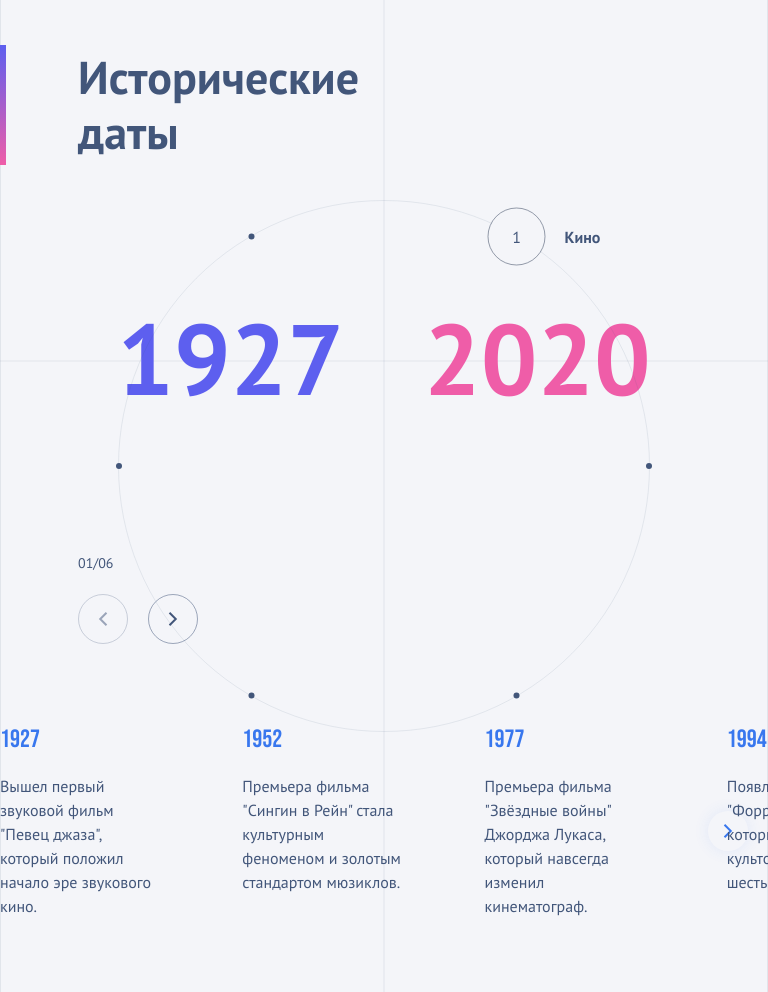
Repository: LenarTulupov/only
Page: /
An editor plug-in stored every save of this project. The page is shown before and after a run of saves, followed by the edit.
The browser window is 768 px wide. The pictures show the whole page.
The project was rebuilt for these pictures with package versions that can differ from the ones it lists, and the page was loaded fresh each time.

Above is the page before, as saved 2024-12-18 15:29:20.

### public/index.html
<!DOCTYPE html>
<html lang="en">
  <head>
    <meta charset="utf-8" />
    <link rel="icon" href="%PUBLIC_URL%/favicon.ico" />
    <meta name="viewport" content="width=device-width, initial-scale=1" />
    <meta name="theme-color" content="#000000" />
    <meta
      name="description"
      content="Web site created using create-react-app"
    />
    <link rel="apple-touch-icon" href="%PUBLIC_URL%/logo192.png" />
    <link rel="manifest" href="%PUBLIC_URL%/manifest.json" />
    <title>Only Test</title>
  </head>
  <body>
    <noscript>You need to enable JavaScript to run this app.</noscript>
    <div id="root"></div>
  </body>
</html>

### src/index.tsx
import React from 'react';
import ReactDOM from 'react-dom/client';
import Router from './router/router';
import './globals.scss'

const root = ReactDOM.createRoot(
  document.getElementById('root') as HTMLElement
);
root.render(
  <React.StrictMode>
    <Router />
  </React.StrictMode>
);

### src/router/router.tsx
import { BrowserRouter, Route, Routes } from "react-router-dom";
import HomePage from "../pages/home/page";
import PagesLayout from "../layouts/pages-layout";

export default function Router() {
  return (
    <BrowserRouter>
      <Routes>
        <Route element={<PagesLayout />}>
          <Route path="/" element={<HomePage />} />
        </Route>
      </Routes>
    </BrowserRouter>
  )
};

### src/globals.scss
@import url('https://fonts.googleapis.com/css2?family=Bebas+Neue&family=PT+Sans:wght@400;700&display=swap');

:root {
  --background-color: #F4F5F9;
  --main-color: #42567a;
  --main-color-rgba: rgba(66, 86, 122, 0.5);
  --accent-color: #5D5FEF;
  --light-accent-color: #3877EE;
  --accent-second: #EF5DA8;
  --font-main: "PT Sans", serif;
  --font-second: "Bebas Neue", serif;
  --line-height: 150%;
  --font-size-main: 56px;
  --font-size-small: 14px;
  --font-size-big: 200px;
}
body {
  margin: 0;
  padding: 0;
  background-color: var(--background-color);
  color: var(--black-color);
  font-family: var(--font-main);
  line-height: var(--line-height);
}
ul {
  padding: 0;
  margin: 0;
}

li {
  list-style-type: none;
}

a {
  color: var(--black-color);
  text-decoration: none;
}

h1 {
  margin: 0;
}

### src/pages/home/page.tsx
import Container from "../../components/ui/container/container";
import Divider from "../../components/ui/divider/divider";
import HistorySection from "./history/history";
import styles from './page.module.scss';

export default function HomePage() {
  return (
    <div className={styles['home-page']}>
      <Container>
        <div className={styles['home-page__wrapper']}>
          <Divider
            position="vertical"
            className={styles.divider_vertical}
          />
          <HistorySection />
        </div>
      </Container>
    </div>
  )
};

### src/layouts/pages-layout.tsx
import { Outlet } from 'react-router-dom';
import styles from './pages-layout.module.scss';

export default function PagesLayout() {
  return (
    <div className={styles['pages-layout']}>
      <Outlet />
    </div>
  )
};

### src/components/ui/container/container.tsx
import { ReactNode } from "react"
import styles from './container.module.scss';

interface IContainer {
  children: ReactNode;
}

export default function Container({ children }: IContainer) {
  return (
    <div className={styles.container}>
      {children}
    </div>
  )
};

### src/components/ui/divider/divider.tsx
import styles from './divider.module.scss';

interface IDivider {
  position?: 'horizontal' | 'vertical';
  className?: string;
}

export default function Divider({
  position = 'horizontal', className }: IDivider) {
  return <div className={`
    ${styles.divider}
    ${styles[`divider_${position}`]}
    ${className || ''}
  `}/>
};

### src/pages/home/history/history.tsx
import { useState } from 'react';
import Divider from '../../../components/ui/divider/divider';
import Title from '../../../components/ui/title/title';
import Circle from './circle/circle';
import Dates from './dates/dates';
import HistorySlider from './history-slider/history-slider';
import styles from './history.module.scss';
import StepNavigation from './step-navigation/step-navigation';
import { circleItems } from '../../../constants/circle-items';

export default function HistorySection() {
  const [activeButton, setActiveButton] = useState<number>(1);
  const activeCategory = circleItems.find((item) => item.id === activeButton);
  const firstDate = activeCategory?.events[0]?.year;
  const lastDate = activeCategory?.events.at(-1)?.year;

  return (
    <section className={styles.history}>
      <div className={styles.history__content}>
        <div className={styles['history__content-col-1']}>
          <Title className={styles.history__title} showBefore>
            Исторические даты
          </Title>
            <Circle
              className={styles.circle}
              activeButton={activeButton}
              setActiveButton={setActiveButton}
            />
        </div>
        <StepNavigation
          className={styles['step-navigation']}
          activeButton={activeButton}
          setActiveButton={setActiveButton}
        />
        <Divider
          position="horizontal"
          className={styles.divider_horizontal}
        />
        <Dates
          className={styles.dates}
          firstDate={firstDate}
          lastDate={lastDate}
        />
      </div>
      <HistorySlider
        activeCategory={activeCategory}
        className={styles['history-slider']}
      />
    </section>
  )
};

### src/pages/home/page.module.scss
.home-page {
  &__wrapper {
    position: relative;
    min-height: 100vh;
    .divider_vertical {
      position: absolute;
      top: 0;
      left: 50%;
      transform: translateX(-50%);
      z-index: -10;
    }
  }

  /* Линия слева */
  &__wrapper::before {
    content: "";
    position: absolute;
    top: 0;
    bottom: 0;
    left: 0;
    width: 1px;
    background-color: var(--main-color);
    opacity: 0.1;
  }

  /* Линия справа */
  &__wrapper::after {
    content: "";
    position: absolute;
    top: 0;
    bottom: 0;
    right: 0;
    width: 1px;
    background-color: var(--main-color);
    opacity: 0.1;
  }
  /* Линий по центру горизонтальная */

  /* Линий по центру вертикальная */
}

### src/components/ui/container/container.module.scss
.container {
  max-width: 1440px;
  margin: 0 auto;
}

### src/components/ui/divider/divider.module.scss
.divider {
  background-color: var(--main-color);
  opacity: 0.1;
  &_horizontal {
    width: 100%;
    height: 1px;
  }
  &_vertical {
    width: 1px;
    height: 100%;
  }
}

### src/components/ui/title/title.tsx
import { ReactNode } from 'react';
import styles from './title.module.scss';

interface ITitle {
  children: ReactNode;
  className?: string;
  color?: 'main' | 'blue' | 'light-blue' | 'pink';
  size?: 'main' | 'small'| 'big';
  showBefore?: boolean;
}

export default function Title({
  children,
  className,
  color = 'main',
  size = 'main',
  showBefore = false }: ITitle) {
  return (
    <h1
      className={`
        ${styles.title}
        ${className || ''}
        ${styles[`title__color-${color}`]}
        ${styles[`title__size-${size}`]}
        ${showBefore ? styles['title_before'] : ''}
      `}>
      {children}
    </h1>
  )
};

### src/pages/home/history/circle/circle.tsx
import { useEffect, useRef, Dispatch, SetStateAction } from 'react';
import { gsap } from 'gsap';
import { circleItems } from '../../../../constants/circle-items';
import styles from './circle.module.scss';
import Dates from '../dates/dates';

interface ICircle {
  className?: string;
  activeButton: number;
  setActiveButton: Dispatch<SetStateAction<number>>;
}

export default function Circle({
  className,
  activeButton,
  setActiveButton }: ICircle) {
  const circleRef = useRef<HTMLDivElement>(null);
  const buttonsRef = useRef<HTMLDivElement[]>([]);

  const handleActiveButton = (btnId: number) => {
    setActiveButton(btnId);
  };

  useEffect(() => {
    const rotationAngle = (1 - activeButton) * 60;
    gsap.to(circleRef.current, {
      rotate: rotationAngle,
      duration: 0.5,
      ease: 'power2.out',
    });

    buttonsRef.current.forEach((btn) => {
      let buttonRotation = 0;

      switch (activeButton) {
        case 2:
          buttonRotation = 60;
          break;
        case 3:
          buttonRotation = 120;
          break;
        case 4:
          buttonRotation = 180;
          break;
        case 5:
          buttonRotation = 240;
          break;
        case 6:
          buttonRotation = 300;
          break;
        default:
          buttonRotation = 0;
          break;
      }

      gsap.to(btn, {
        rotate: buttonRotation,
        duration: 0.5,
        ease: 'power2.out',
      });
    });
  }, [activeButton]);

  return (
    <div ref={circleRef} className={`${styles.circle} ${className || ''}`}>
      {circleItems.map((item, index) => {
        const btnId = index + 1;
        return (
          <div
            key={btnId}
            ref={(el) => (buttonsRef.current[index] = el!)}
            className={`
                ${styles[`circle__btn-${btnId}`]}
                ${styles.circle__btn}
                ${activeButton === btnId ? styles.active : ''}
              `}
            onClick={() => handleActiveButton(btnId)}
          >
            {btnId}
            <span
              className={`
                  ${styles['sub-title']}
                  ${activeButton === btnId ? styles.active : ''}
                `}
            >
              {item.category}
            </span>
          </div>
        );
      })}
    </div>
  );
}

### src/pages/home/history/dates/dates.tsx
import { useEffect, useState } from 'react';
import Title from '../../../../components/ui/title/title';
import styles from './dates.module.scss';

interface IDates {
  className?: string;
  firstDate: string;
  lastDate: string;
}

export default function Dates({ className, firstDate, lastDate }: IDates) {
  const [currentFirstDate, setCurrentFirstDate] = useState(Number(firstDate));
  const [currentLastDate, setCurrentLastDate] = useState(Number(lastDate));

  useEffect(() => {
    const animateNumber = (
      from: number,
      to: number,
      setNumber: React.Dispatch<React.SetStateAction<number>>
    ) => {
      const stepTime = 20;
      const steps = 50;
      const delta = (to - from) / steps;

      let currentStep = 0;
      const interval = setInterval(() => {
        currentStep += 1;
        const nextValue = from + delta * currentStep;
        setNumber(Math.round(nextValue));

        if (currentStep >= steps) {
          clearInterval(interval);
          setNumber(to);
        }
      }, stepTime);
    };

    animateNumber(Number(currentFirstDate), Number(firstDate), setCurrentFirstDate);
    animateNumber(Number(currentLastDate), Number(lastDate), setCurrentLastDate);
  }, [firstDate, lastDate]);
  return (
    <div className={`${styles.dates} ${className || ''}`}>
      <Title className={className} color='blue' size='big'>{currentFirstDate}</Title>
      <Title className={className} color='pink' size='big'>{currentLastDate}</Title>
    </div>
  )
};

### src/pages/home/history/history-slider/history-slider.tsx
import { useEffect, useRef, useState } from "react";
import { Swiper, SwiperClass, SwiperSlide } from "swiper/react";
import { Navigation } from "swiper/modules";
import "swiper/css";
import "swiper/css/navigation";
import SliderContent from "./slider-content/slider-content";
import { IHistorySlider } from "../../../../types/history-slider.interface";
import ContentContainer from "../../../../components/ui/content-container/content-container";
import ArrowButton from "../../../../components/ui/arrow-button/arrow-button";
import styles from "./history-slider.module.scss";

export default function HistorySlider({ className, activeCategory }: IHistorySlider) {
  const [prevCategory, setPrevCategory] = useState(activeCategory);
  const [isBeginning, setIsBeginning] = useState(true);
  const [isEnd, setIsEnd] = useState(false);
  const containerRef = useRef<HTMLDivElement | null>(null);
  const prevRef = useRef<HTMLDivElement | null>(null);
  const nextRef = useRef<HTMLDivElement | null>(null);
  const swiperRef = useRef<SwiperClass | null>(null);

  useEffect(() => {
    if (prevCategory?.id !== activeCategory?.id) {
      if (containerRef.current) {
        containerRef.current.classList.add(styles["fade-out"]);

        setTimeout(() => {
          if (containerRef.current) {
            containerRef.current.classList.remove(styles["fade-out"]);
            setPrevCategory(activeCategory);
            containerRef.current.classList.add(styles["fade-in"]);

            setTimeout(() => {
              if (containerRef.current) {
                containerRef.current.classList.remove(styles["fade-in"]);
              }
            }, 500);
          }
        }, 500);
      }
    }
  }, [activeCategory, prevCategory]);

  useEffect(() => {
    if (swiperRef.current) {
      const { navigation } = swiperRef.current.params;

      if (navigation && typeof navigation !== 'boolean') {
        navigation.prevEl = prevRef.current;
        navigation.nextEl = nextRef.current;

        swiperRef.current.navigation.destroy();
        swiperRef.current.navigation.init();
        swiperRef.current.navigation.update();
      }

      setIsBeginning(swiperRef.current.isBeginning);
      setIsEnd(swiperRef.current.isEnd);

      swiperRef.current.on("slideChange", () => {
        setIsBeginning(swiperRef.current.isBeginning);
        setIsEnd(swiperRef.current.isEnd);
      });

      return () => {
        swiperRef.current?.off("slideChange");
      };
    }
  }, [activeCategory]);

  useEffect(() => {
    if (swiperRef.current) {
      swiperRef.current.slideTo(0, 0);
    }
  }, [activeCategory]);

  return (
    <div
      ref={containerRef}
      className={`${className || ""} ${styles["history-slider"]}`}
    >
      <ContentContainer>
        <Swiper
          spaceBetween={80}
          slidesPerView={3.5}
          modules={[Navigation]}
          onSwiper={(swiper) => {
            swiperRef.current = swiper;
          }}
        >
          {activeCategory?.events.map((event) => (
            <SwiperSlide key={event.id}>
              <SliderContent year={event.year} text={event.title} />
            </SwiperSlide>
          ))}
        </Swiper>

        {!isBeginning && (
          <div ref={prevRef} className={styles.prev}>
            <ArrowButton
              onClick={() => swiperRef.current?.slidePrev()}
              slider
              disabled={isBeginning}
            />
          </div>
        )}
        {!isEnd && (
          <div ref={nextRef} className={styles.next}>
            <ArrowButton
              rotation="right"
              onClick={() => swiperRef.current?.slideNext()}
              slider
              disabled={isEnd}
            />
          </div>
        )}
      </ContentContainer>
    </div>
  );
}

### src/pages/home/history/history.module.scss
.history {
  padding: 50px 0;
  &__title {
    line-height: 1.2;
    width: 353px;
    padding-left: 78px;
    height: fit-content;
  }
  &__content {
    position: relative;
    width: 100%;

    display: flex;
    flex-direction: column;
    height: 615px;
    &-col-1 {
      display: grid;
      grid-template-columns: auto 1fr auto;
    }
  }
}
.circle {
  position: absolute;
  top: 0;
  left: 50%;
  transform: translate(-50%);
  margin-top: 45px;
}
.divider_horizontal {
  position: absolute;
  top: calc(50% + 3px);
  left: 0;
  transform: translateY(-50%);
  z-index: -10;
}
.step-navigation {
  margin-top: 393px;
  padding-left: 78px;
}
@media(max-width: 1200px) {
  .circle {
    margin-top: 100px;
  }
  .dates {
    font-size: 150px;
  }
}
@media(max-width: 900px) {
  .circle {
    margin-top: 150px;
  }
  .dates {
    font-size: 100px;
  }
}
@media(max-width: 768px) {
  .history__title {
    font-size: 46px;
  }
}

### src/pages/home/history/step-navigation/step-navigation.tsx
import { Dispatch, SetStateAction } from "react";
import NavigationButtons from "./navigation-buttons/navigation-buttons";
import SliderStep from "./slider-step/slider-step";
import styles from './step-navigation.module.scss';

interface IStepNavigation {
  className?: string;
  activeButton: number;
  setActiveButton: Dispatch<SetStateAction<number>>;
}

export default function StepNavigation({
  className,
  activeButton,
  setActiveButton }: IStepNavigation) {

    const handleNext = () => {
      setActiveButton((p) => (p < 6 ? p + 1 : 1));
    };

    const handlePrev = () => {
      setActiveButton((p) => (p > 1 ? p - 1 : 6));
    };

    return (
      <div className={`${styles['step-navigation']} ${className || ''}`}>
        <SliderStep activeButton={activeButton} />
        <NavigationButtons
          handleNext={handleNext}
          handlePrev={handlePrev}
          isBeginning={activeButton === 1}
          isEnd={activeButton === 6}
        />
      </div>
    );
};

### src/components/ui/title/title.module.scss
.title {
  line-height: 150%;
  position: relative;
  &::before {
    content: "";
    position: absolute;
    top: 50%;
    transform: translateY(-50%);
    left: 0;
    height: 120px;
    width: 6px;
    background: linear-gradient(to bottom, var(--accent-color) 0%, var(--accent-second) 100%);
    visibility: hidden;
  }
  &.title_before::before {
    visibility: visible;
  }
  &__color-main {
    color: var(--main-color);
  }

  &__color-blue {
    color: var(--accent-color);
  }
  &__color-light-blue {
    color: var(--light-accent-color);
  }

  &__color-pink {
    color: var(--accent-second);
  }

  &__size-main {
    font-size: var(--font-size-main);
  }
  &__size-small {
    font-size: var(--font-size-small);
  }

  &__size-big {
    font-size: var(--font-size-big);
  }
}

### src/pages/home/history/circle/circle.module.scss
.circle {
  position: relative;
  width: 530px;
  height: 530px;
  border: 1px solid rgba(66, 86, 122, 0.1);
  border-radius: 100%;
  display: flex;
  justify-content: center;
  align-items: center;
  transform-origin: center;
}

.circle__btn {
  position: absolute;
  display: flex;
  align-items: center;
  justify-content: center;
  width: 6px;
  height: 6px;
  border: none;
  background-color: var(--main-color);
  border-radius: 100%;
  color: var(--main-color);
  line-height: 30px;
  font-size: 0;
  cursor: pointer;
  transition: width .3s ease-in-out, height .3s ease-in-out, font-size .3s ease-in-out;

  &::before {
    content: "";
    position: absolute;
    top: 50%;
    left: 50%;
    transform: translate(-50%, -50%);
    width: 25px;
    height: 25px;
    border-radius: 100%;
    background: transparent;
  }

  .sub-title {
    position: absolute;
    top: 50%;
    left: 0;
    transform: translateY(-50%);
    margin-left: 76px;
    font-weight: bold;
    opacity: 0;
    transition: opacity 0.3s ease-in-out;
  }

  .sub-title.active {
    opacity: 1;
  }

  &:hover,
  &.active {
    width: 56px;
    height: 56px;
    font-size: 16px;
    background-color: #F4F5F9;
    outline: 1px solid rgba(48, 62, 88, 0.5);
  }

  &-1 {
    transform: rotate(300deg) translateX(265px) rotate(60deg);
  }

  &-2 {
    transform: rotate(0deg) translateX(265px) rotate(0deg);
  }

  &-3 {
    transform: rotate(60deg) translateX(265px) rotate(-60deg);
  }

  &-4 {
    transform: rotate(120deg) translateX(265px) rotate(-120deg);
  }

  &-5 {
    transform: rotate(180deg) translateX(265px) rotate(-180deg);
  }

  &-6 {
    transform: rotate(240deg) translateX(265px) rotate(-240deg);
  }
}

### src/pages/home/history/dates/dates.module.scss
.dates {
  position: absolute;
  top: 50%;
  left: 50%;
  transform: translate(-50%, -50%);
  display: flex;
  gap: 80px;
  z-index: -1;
}

### src/pages/home/history/history-slider/slider-content/slider-content.tsx
import Text from "../../../../../components/ui/text/text";
import Title from "../../../../../components/ui/title/title";
import styles from './slider-content.module.scss';

interface ISliderContent {
  year: string;
  text: string;
}

export default function SliderContent({ year, text }: ISliderContent) {
  return (
    <div className={styles['slider-content']}>
      <Title
        size="small"
        color="light-blue"
        className={styles['slider-content__title']}
      >
        {year}
      </Title>
      <Text text={text} />
    </div>
  )
};

### src/components/ui/content-container/content-container.tsx
import { ReactNode } from 'react';
import styles from './content-container.module.scss';

interface IContentContainer {
  children: ReactNode;
}

export default function ContentContainer({ children }: IContentContainer) {
  return (
    <div className={styles['content-container']}>
      {children}
    </div>
  )
};

### src/components/ui/arrow-button/arrow-button.tsx
import styles from './arrow-button.module.scss';

interface IArrowButton {
  rotation?: 'left' | 'right'
  onClick?: () => void;
  slider?: boolean;
  disabled?: boolean;
  className?: string;
}

export default function ArrowButton({
  rotation,
  onClick,
  slider = false,
  disabled = false,
  className}: IArrowButton) {
  return (
    <button
      className={`
        ${styles['arrow-button']}
        ${styles[rotation]}
        ${slider ? styles['arrow-button_slider'] : ''}
        ${className || ''}
        ${disabled ? styles.disabled : ''}
      `}
      onClick={onClick}
      disabled={disabled}
    >
      <svg width="10" height="14" viewBox="0 0 10 14" fill="none" xmlns="http://www.w3.org/2000/svg">
        <path d="M8.49988 0.750001L2.24988 7L8.49988 13.25" stroke="#42567A" stroke-width="2" />
      </svg>
    </button>
  )
};

### src/pages/home/history/history-slider/history-slider.module.scss
.history-slider {
  position: relative;
  margin-top: 56px;
}
.next {
  position: absolute;
  top: 50%;
  transform: translateY(-50%);
  right: 20px;
}
.prev {
  position: absolute;
  top: 50%;
  transform: translateY(-50%);
  left: 20px;
}

.fade-out {
  opacity: 0;
  transition: opacity 0.5s ease;
}
.fade-in {
  opacity: 1;
  transition: opacity 0.5s ease;
}

### src/pages/home/history/step-navigation/navigation-buttons/navigation-buttons.tsx
import ArrowButton from '../../../../../components/ui/arrow-button/arrow-button';
import styles from './navigation-buttons.module.scss';

interface INavigationButtons {
  handleNext: () => void;
  handlePrev: () => void;
  isBeginning: boolean;
  isEnd: boolean;
}

export default function NavigationButtons({
  handleNext,
  handlePrev,
  isBeginning,
  isEnd }: INavigationButtons) {
  return (
    <div className={styles['navigation-buttons']}>
      <ArrowButton
        onClick={handlePrev}
        disabled={isBeginning}
      />
      <ArrowButton
        rotation='right'
        onClick={handleNext}
        disabled={isEnd}
      />
    </div>
  );
};

### src/pages/home/history/step-navigation/slider-step/slider-step.tsx
import Title from "../../../../../components/ui/title/title";
import styles from './slider-step.module.scss';

interface ISliderStep {
  activeButton: number;
}

export default function SliderStep({ activeButton }: ISliderStep) {
  return <Title size="small" className={styles.font}>0{activeButton}/06</Title>
};

### src/pages/home/history/step-navigation/step-navigation.module.scss
.step-navigation {
  display: flex;
  flex-direction: column;
  row-gap: 20px;
}

### src/components/ui/text/text.tsx
import styles from './text.module.scss';

interface IText {
  text: string;
}

export default function Text({ text }: IText) {
  return (
    <div className={styles.text}>
        { text }
    </div>
  )
};

### src/pages/home/history/history-slider/slider-content/slider-content.module.scss
.slider-content {
  display: flex;
  flex-direction: column;
  row-gap: 15px;
  cursor: grabbing;
  &__title {
    font-family: var(--font-second);
    font-weight: 400;
    font-size: 25px;
  }
}

### src/components/ui/content-container/content-container.module.scss
.content-container {
  max-width: calc(1440px - 160px);
  margin: 0 auto;
}

### src/components/ui/arrow-button/arrow-button.module.scss
.arrow-button {
  width: 50px;
  height: 50px;
  display: flex;
  align-items: center;
  justify-content: center;
  border: 1px solid var(--main-color-rgba);
  background-color: transparent;
  border-radius: 100%;
  cursor: pointer;
}
.arrow-button_slider {
  width: 40px;
  height: 40px;
  border: none;
  box-shadow: 0 0 15px 0 rgba(56, 119, 238, 0.1);
  svg path {
    stroke: var(--light-accent-color);
  }
}
.left {
  transform: rotate(0deg);
}
.right {
  transform: rotate(180deg);
}
.disabled {
  opacity: .5;
  cursor: auto;
}

### src/pages/home/history/step-navigation/navigation-buttons/navigation-buttons.module.scss
.navigation-buttons {
  display: flex;
  column-gap: 20px;
}
.disabled {
  opacity: .5;
  cursor: auto;
}

### src/pages/home/history/step-navigation/slider-step/slider-step.module.scss
.font {
  font-weight: 400;
}

### src/components/ui/text/text.module.scss
.text {
  color: var(--main-color);
}

Loaded but not shown: src/constants/circle-items.ts (122 lines, source omitted); src/layouts/pages-layout.module.scss (no stored copy; drawn as an empty file)

After the next 6 saves:
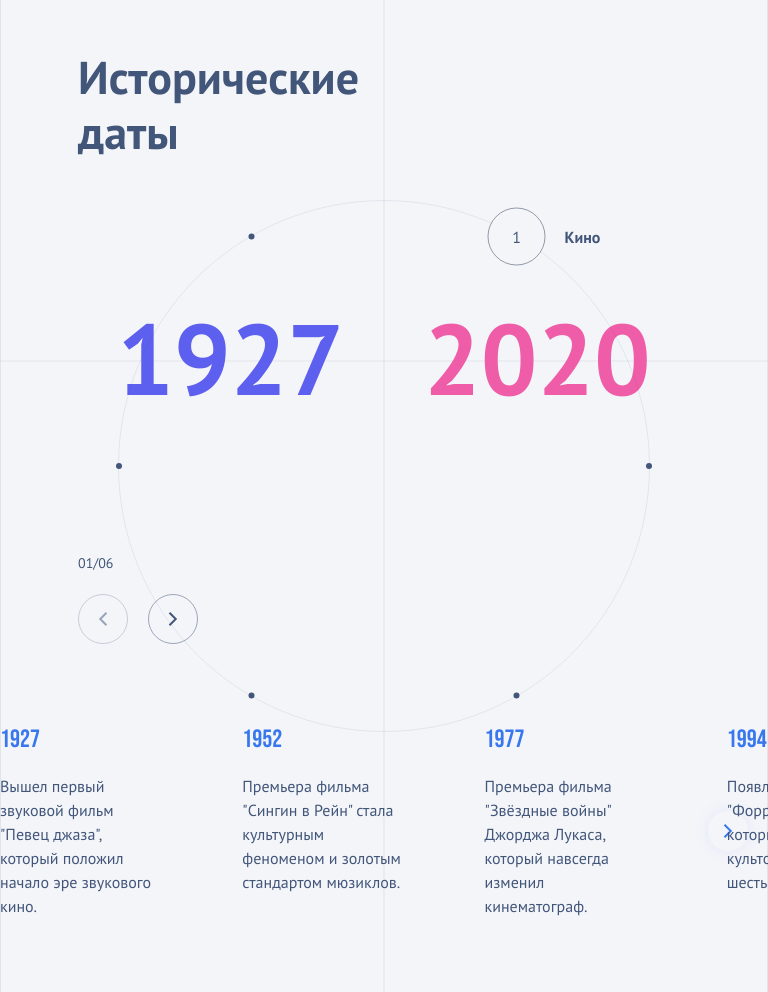
The 6 saves are shown as one change because 2 did not build or start and some came seconds apart.
The last was saved 23 s later.
--- a/src/components/ui/title/title.module.scss
+++ b/src/components/ui/title/title.module.scss
@@ -14,6 +14,9 @@
   }
   &.title_before::before {
     visibility: visible;
+    @media(max-width: 768px) {
+      visibility: hidden;
+    }
   }
   &__color-main {
     color: var(--main-color);
